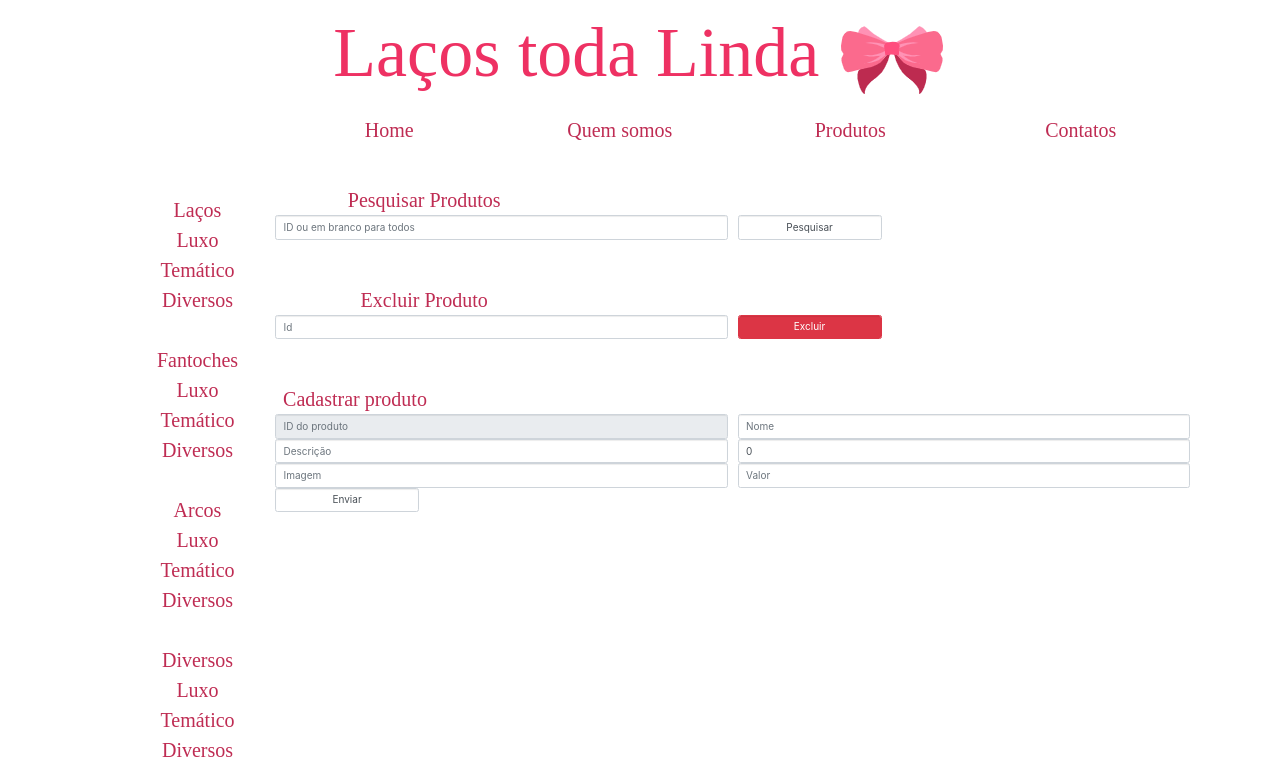
Repository: felipe-camilo/projin2
Page: http://localhost/projetointegrador/admin.jsp
An editor plug-in stored every save of this project. The page is shown before and after the next save, followed by the edit.
The browser window is 1280 px wide. The pictures show the whole page.
Some web fonts or font styles are not loaded; a fallback is used. The page is served by Tomcat 9.

Above is the page before, as saved 2022-03-30 01:35:57.

After the next save:
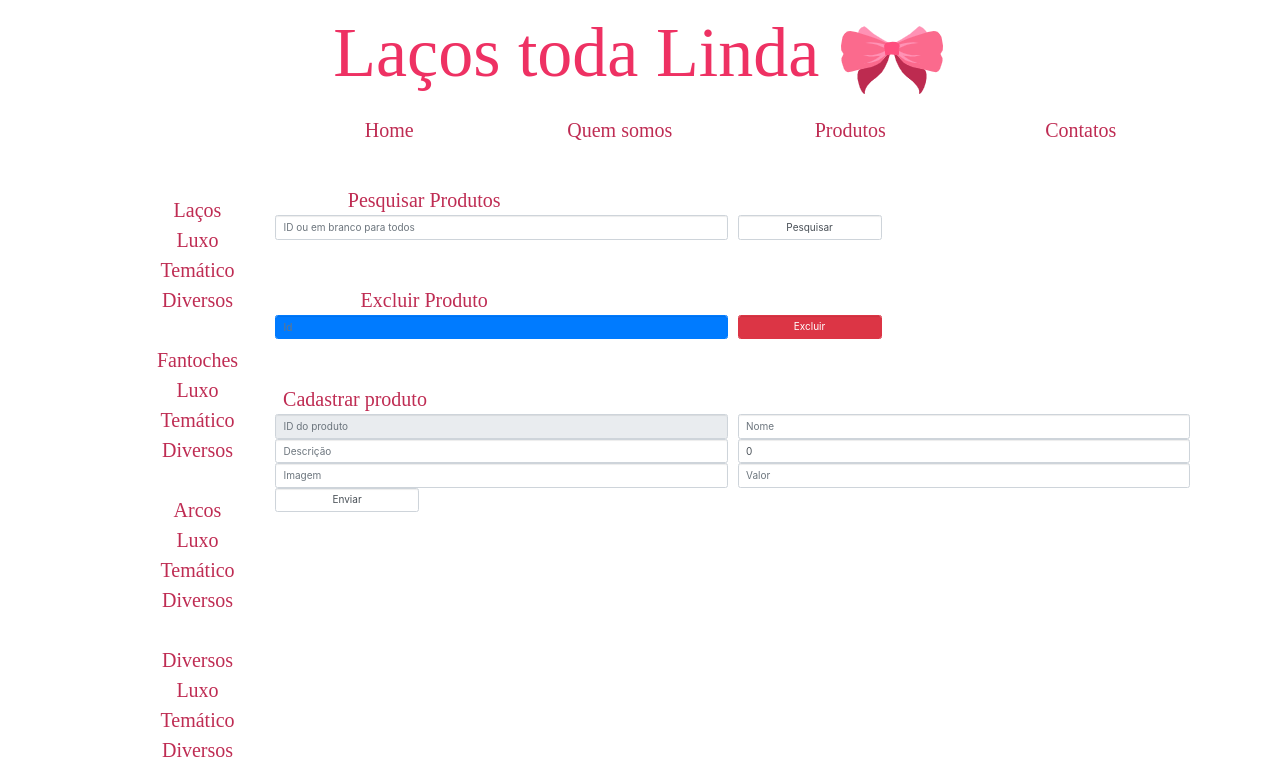
Saved 17 s later.
--- a/projetointegrador/src/main/webapp/admin.jsp
+++ b/projetointegrador/src/main/webapp/admin.jsp
@@ -178,7 +178,7 @@
 						</div>
 						<div class="form-row">
 							<div class="col-6">
-								<input type="number" class="form-control" placeholder="Id"
+								<input type="number" class="form-control btn-primary" placeholder="Id"
 									name="pesquisa" placeholder="Entre com o ID:" required>
 							</div>
 							<div class="col-2">
